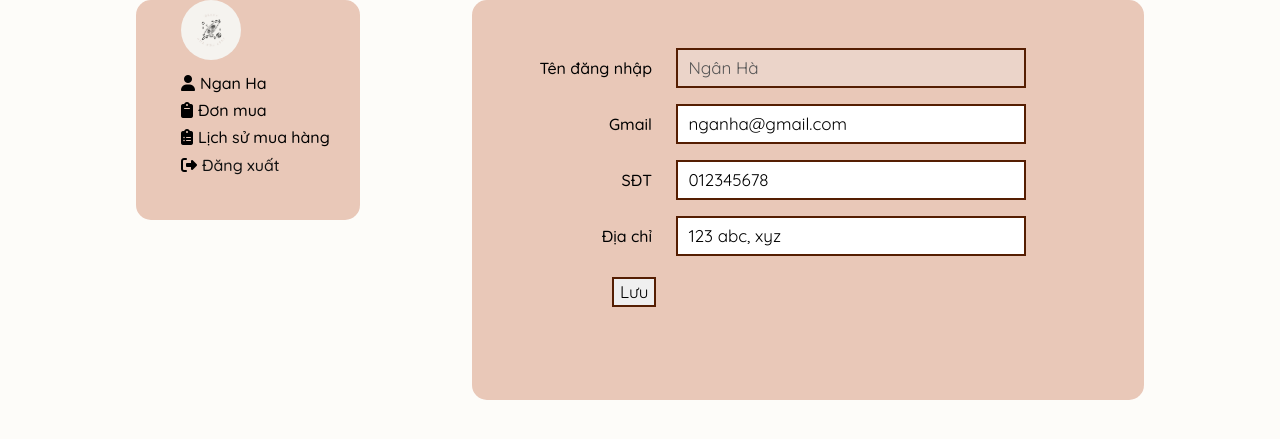
Repository: nganha241/store
Page: profile.html
An editor plug-in stored every save of this project. The page is shown before and after the next save, followed by the edit.
The browser window is 1280 px wide. The pictures show the whole page.
Some web libraries are served in a nearby version.

Above is the page before, as saved 2022-04-22 15:35:50.

### profile.html
<!DOCTYPE html>
<html lang="en">
  <head>
    <meta charset="UTF-8" />
    <meta http-equiv="X-UA-Compatible" content="IE=edge" />
    <meta name="viewport" content="width=device-width, initial-scale=1.0" />
    <title>Document</title>
    <link rel="stylesheet" href="style.css" />
  </head>

  <body>
    <div class="container">
      <div class="profile">
        <div class="active">
          <div class="list">
            <div class="avatar"><img src="./img/logo.png" alt="" /></div>
            <div class="name">
              <i class="fa fa-user" aria-hidden="true"></i>Ngan Ha
            </div>

            <div class="order"><i class="fas fa-clipboard"></i>Đơn mua</div>

            <div><i class="fas fa-clipboard-list"></i>Lịch sử mua hàng</div>

            <div>
              <i class="fas fa-sign-out-alt"></i><a href="#">Đăng xuất</a>
            </div>
          </div>
        </div>

        <div class="my-profile">
          <div class="list-detail">
            <div class="name">
              <form>
                <div>
                  <label>Tên đăng nhập</label>
                  <input type="text" value="Ngân Hà" disabled />
                </div>
                <div>
                  <label>Gmail</label>
                  <input type="text" value="nganha@gmail.com" />
                </div>
                <div>
                  <label>SĐT</label>
                  <input type="text" value="012345678" />
                </div>
                <div>
                  <label>Địa chỉ</label>
                  <input type="text" value="123 abc, xyz" />
                </div>
                <button>Lưu</button>
              </form>
            </div>
          </div>
        </div>
      </div>
    </div>
    <script
      src="https://kit.fontawesome.com/ae971d7ee0.js"
      crossorigin="anonymous"
    ></script>
  </body>
</html>

### style.css
@import url('https://fonts.googleapis.com/css2?family=Quicksand:wght@300;400;500;600;700&family=Space+Grotesk:wght@300;400&display=swap');

* {
    font-family: 'Quicksand', sans-serif;
    box-sizing: border-box;
}

body {
    background: #fdfcf9;
    position: relative;
    height: auto;
    padding: 0;
    margin: 0;
}

a {
    text-decoration: none;
}

li {
    list-style: none;
}

.header {
    padding: 40px 80px;
}

.header .tools {
    display: flex;
    justify-content: flex-end;
    gap: 15px;
    height: 50px;
}

.header .tools .notification,
.header .tools .account,
.header .tools .cart {
    cursor: pointer;
}

.header .tools .fa-solid {
    font-size: 22px;
    color: #ae582d;
}

.header .tools .cart {
    position: relative;
}

.header .tools .cart .cart-info {
    position: absolute;
    background: #af7355;
    right: -20px;
    top: 30px;
    z-index: 1;
    padding: 20px;
    color: #fff;
    display: none;
    border-radius: 15px;
    animation: dropdown 0.4s ease;
}

.header .tools .cart:hover .cart-info {
    display: block;
}

.header .tools .cart .cart-info .cart-card {
    width: 400px;
    height: 50px;
    margin-top: 10px;
    display: flex;
    justify-content: space-between;
    transition: 0.4s;
}

.header .tools .cart .cart-info .cart-card:hover {
    background:rgba(255, 255, 255, 0.4);
    transition: 0.4s;
}

.header .tools .cart .cart-info .cart-card .cart-card-img img {
    width: 100%;
    height: 100%;
    object-fit: cover;
}

.header .tools .cart .cart-info .cart-card .cart-pro-name {
    text-overflow: ellipsis;
    white-space: nowrap;
    overflow: hidden;
   width: 250px;
}

.header .tools .cart .cart-info .cart-card-footer {
    display: flex;
    justify-content: space-between;
    margin-top: 10px;
}

.header .tools .cart .cart-info .cart-card-footer>p {
    cursor: auto;
}

.header .tools .cart .cart-info .cart-card-footer>button {
    margin-top: 5px;
    height: 35px;
    border-radius: 5px;
    border: 0;
    font-size: 16px;
    font-weight: 500;
    cursor: pointer;
    transition: 0.4s;
}

.header .tools .cart .cart-info .cart-card-footer>button:hover {
    background: rgba(255, 255, 255, 0.7);
}

.header .tools .account span .fa-solid{
    font-size: 18px;
    color: #111;
    margin-left: 10px;
    margin-right: 15px;
}

.header .tools .account:hover .fa-solid{
    color: #ae582d;
}

.header .tools .account {
    position: relative;
}

.header .tools .account span {
    font-weight: 600;
}

.header .tools .account .acc-info {
    width: 180px;
    position: absolute;
    height: auto;
    background: #af7355;
    text-align: left;
    top: 15px;
    left: -30px;
    display: none;
    animation: dropdown 0.4s ease;
    z-index: 1;
    border-radius: 15px;
}

.header .tools .account:hover .acc-info{
    display: block;
}

.header .tools .account .acc-info li {
    padding: 10px 0;
    color: #fff;
    margin-left: -13px;
    transition: .4s;
}

.header .tools .account .acc-info li:hover {
    transform: scale(1.1);
}

.header hr {
    background: #48503c;
    margin-top: -20px;
}

.header nav {
    display: flex;
    width: 100%;
}

.header nav .logo {
    width: 50%;
    padding-top: 20px;
}

.header nav .logo a{
    font-family: 'Space Grotesk', sans-serif;
    font-size: 30px;
    color: #48503c;
    font-weight: 100;

}

.header nav .logo a:hover {
    color: #111;
}

.header nav .menu {
    display: flex;
    gap: 15px;
    padding-top: 7px;
    justify-content: flex-end;
    width: 50%;
}

.header nav .menu>li {
    float: left;
    font-size: 18px;
    position: relative;
    height: 50px;
}

.header nav .menu>li::before {
    content: "";
    position: absolute;
    width: 90%;
    height: 3px;
    top: 30px;
    right: -3px;
    background-color: #551e02;
    opacity: 0;
    transition: 0.6s;
}

.header nav .menu>li:hover::before{
    opacity: 1;
    transition: 0.6s;
}

.header nav .menu>li>a {
    color: #48503c;
    display: block;
    padding: 6px 0px 0px 15px;
}

.header nav .menu>li:hover>a {
    color: #111;
}

.header nav .menu>li .menu-child {
    margin-top: 10px;
    margin-left: -50px;
    width: 180px;
    padding-top: 10px;
    padding-bottom: 15px;
    background: #af7355;
    border-radius: 15px;
    text-align: left;
    position: absolute;
    display: none;
    animation: dropdown .3s ease;
    z-index: 1;
}

.header nav .menu>li:hover .menu-child{
    display: block;
}

.header nav .menu>li .menu-child>li {
    margin-top: 10px;
}

.header nav .menu>li .menu-child>li>a {
    transition: 0.4s;
    color: #fff;
}

.header nav .menu>li .menu-child>li:hover>a{
    display: inline;
    text-decoration: underline;
    transition: 0.4s;
}

@keyframes dropdown {
    0% {
        opacity: 0;
        transform: translateY(18px);
    }
    100% {
        opacity: 1;
        transform: none;
    }
}

.header .banner {
    width: 100%;
    height: 600px;
    display: flex;
    align-items: center;
    margin-top: 30px;
    position: relative;
}

.header .banner .slogan {
    width: 50%;
    padding-left: 60px;
    padding-right: 20px;
}

.header .banner .slogan h4 {
    color: #ae582d;
    font-family: 'Space Grotesk', sans-serif;
    font-size: 60px;
    font-weight: 200;
}

.header .banner .slogan p {
    font-size: 20px;
    color: #515a54;
    margin-top: -50px;
}

.header .banner .img-banner{
    width: 50%;
    height: 100%;
}

.header .banner .img-banner img {
    width: 100%;
    height: 100%;
    object-fit: cover;
    border-top-left-radius: 100px;
    border-bottom-right-radius: 100px;
    transition: all 0.5s ease;
}

.section {
    height: auto;
    margin-top: 100px;
    padding: 0 80px;
}

.section .into-title {
    margin-top: 100px;
    text-align: center;
}

.section .into-title h1 {
    font-family: 'Space Grotesk', sans-serif;
    font-size: 50px;
}

.section .intro {
    display: flex;
    flex-wrap: wrap;
    justify-content: space-between;
    margin-bottom: 100px;
    margin-top: 80px;
    gap: 10px;
}

.section .intro .intro-card .intro-img {
    width: 200px;
    height: 200px;
}

.section .intro .intro-card .intro-img img {
    width: 100%;
    height: 100%;
    border-radius: 50%;
}

.section .title{
    height: auto;
    width: 200px;
    background: #f4e9c7;
    text-align: center;
    margin-bottom: -15px;
}

.section .title h2 a{
    font-size: 30px;
    color: #48503c;
    font-weight: 200;
}

.products {
    display: flex;
    flex-wrap: wrap;
    justify-content: space-between;
    row-gap: 30px;
    padding: 30px 10px;
    background: rgb(244, 239, 239);
}

.products .card {
    width: 250px;
    height: 400px;
    background: #fdfcf9;
    cursor: pointer;
    transition: 0.4s;
    position: relative;
}

.products .card:hover {
    transform: scale(1.1 , 1.1);
    background: rgba(255, 255, 255, 0.4);
}

.products .card .pro-img {
    height: 330px;
}

.products .card .pro-img img{
    width: 100%;
    height: 100%;
    object-fit: cover;
}

.products .card .pro-sale-tag {
    position: absolute;
    top: -10px;
    left: -5px;
    background: #ae582d;
    width: 70px;
    height: 35px;
    font-size: 25px;
    color: #fff;
    font-weight: 500;
}

.products .card .pro-sale-tag::before{
    content: "";
    width: 5px;
    height: 6px;
    background-color: #551e02;
    position: absolute;
    left: 0px;
    top: 34.5px;
    clip-path: polygon(0 0, 100% 0, 100% 100%);
}

.products .card .pro-new-tag {
    position: absolute;
    top: 0;
    right: 5px;
    background: #af7355;
    width: 50px;
    height: 40px;
    font-size: 20px;
    color: #fff;
    font-weight: 500;
    clip-path: polygon(0 75%, 0 0, 100% 0, 100% 75%, 50% 100%);
}

.products .card .pro-name {
    font-size: 18px;
    text-overflow: ellipsis;
    white-space: nowrap;
    overflow: hidden;
}

 .products .card .pro-price {
    font-size: 15px;
}

 .products .card .add-cart {
    margin-top: -220px;
}

.products .card .add-cart button{
    opacity: 0;
    height: 40px;
    background: #af7355;
    border: 0;
    cursor: pointer;
    transition: 0.4s;
    color: #fff;
    margin-left: 85px;
}

.products .card:hover .add-cart button {
    transition: 0.4s;
    opacity: 1;
}

.products .card .add-cart button:hover {
    transform: scale(1.1);
    background: #ae582d;
}

.about-us {
    margin-top: 100px;
}

.about-img {
    height: 400px;
}

.about-img img{
    width: 100%;
    height: 100%;
    object-fit: cover;
}

.about-us .about-text {
    padding: 40px 140px;
    text-align: center;
    color: #515a54;
}

.about-us .about-text h5 {
    font-size: 20px;
    font-weight: 500;
}

.about-us .about-text p {
    line-height: 1.6;
    font-size: 15px;
}

.section .featured {
    height: auto;
    margin-top: 100px;
    position: relative;
}

.section .featured .list-slider {
    background: rgb(244, 239, 239);
}

.section .featured .list-slider .slide {
    display: none;
}

.section .featured .list-slider .slide.show {
    display: block;
    transition: 0.4s;
}

.section .featured .list-slider .slide .fade {
    height: 400px;
    display: flex;
    /* gap: 30px; */
    justify-content: space-between;

}

.section .featured .list-slider .slide .fade .featured-img {
    width: 60%;
}

.section .featured .list-slider .slide .fade .featured-img img{
    height: 100%;
    width: 100%;
    object-fit: cover;
    transition: 0.5s;
}

.section .featured .list-slider .slide:hover .fade .featured-img img{
    transform: translate(0, -42px);
}

.section .featured .list-slider .slide .fade .featured-more {
    text-align: center;
    padding-top: 150px;
    line-height: 1.8;
}

.section .featured .list-slider .slide .fade .featured-more .featured-name {
    font-size: 25px;
    text-overflow: ellipsis;
    white-space: nowrap;
    overflow: hidden;
    width:250px;
    transition: 0.4s;
}

.section .featured .list-slider .slide .fade .featured-more .featured-price {
    font-size: 18px;

}

.section .featured .list-slider .slide .fade .featured-more .featured-sold {
    font-size: 18px;
}

.section .featured .list-slider .slide .fade .featured-more .featured-sold span {
    margin-left: 10px;
}

.section .featured .list-slider .slide .fade .featured-choose {
    height: 400px;
    width: 60px;
    background: #ae582d;
    opacity: 0;
    transition: 0.4s;
    writing-mode: vertical-rl;
    text-orientation: mixed;
    text-align: center;
    font-size: 30px;
    color: #fff;
    cursor: pointer;
    padding-right: 10px;
}

.section .featured .list-slider .slide .fade:hover .featured-choose {
    opacity: 1;
    transition: 0.6s;
}

.section .featured .list-slider .slide .fade .featured-choose .fas {
    transition: 0.6s;
}

.section .featured .list-slider .slide .fade .featured-choose:hover .fas {
    margin-top: 20px;
    transform: scale(1.5 , 1.5);
    transition: 0.4s;
}

.section .featured .featured-button {
    position: absolute;
    top: 50%;
    font-size: 60px;
    color: #515a54;
    cursor: pointer;
    transition: 0.4s;
}

.section .featured .featured-button.pre {
    left: -40px;
    transition: 0.4s;
}

.section .featured .featured-button.next {
    right: -40px;
    transition: 0.4s;
}

.section .featured .featured-button.pre:hover,
.section .featured .featured-button.next:hover {
    color: #ae582d;
    transform: scale(1.2);

}

.section .sale {
    margin-top: 100px;
}

.section .sale-banner {
    display: flex;
    justify-content: space-between;
    height: 350px;
    gap: 10px;
}

.section .sale .sale-banner .sale-img {
    width: 50%;
}

.section .sale .sale-banner .sale-img img{
    width: 100%;
    height: 100%;
    object-fit: cover;
}

.detail .related-products,
.section .sale .sale-products {
    position: relative;
    transition: 0.4s;
}

.detail .related-products .related-control,
.section .sale .sale-products .sale-control {
    position: absolute;
    top: 50%;
    transform: translateY(-20px);
    font-size: 40px;
    color: #ae582d;
    cursor: pointer;
}


.detail .related-products .related-control.related-pre,
.section .sale .sale-products .sale-control.sale-pre {
    left: 16px;
    z-index: 1;
}


.detail .related-products .related-control.related-next,
.section .sale .sale-products .sale-control.sale-next {
    right: 10px;
}


.detail .related-products .related-card,
.section .sale .sale-products .sale-card{
    display: flex;
    justify-content: space-between;
    align-items: center;
    gap: 10px;
    height: 400px;
    overflow: hidden;
    padding-left: 10px;
}

.detail .related-products .related-card .related-box,
.section .sale .sale-products .sale-card .sale-box{
    width: 210px;
    height: 280px;
    position: relative;
    transition: 0.4s;
    cursor: pointer;
}

.detail .related-products .related-card .related-box .tag-sale,
.section .sale .sale-products .sale-card .sale-box .tag-sale {
    background: #ae582d;
    position: absolute;
    top: -10px;
    width: 60px;
    height: 30px;
    left: -5px;
    text-align: center;
}

.detail .related-products .related-card .related-box .tag-sale p,
.section .sale .sale-products .sale-card .sale-box .tag-sale p {
    display: inline;
    font-size: 20px;
    color: #fff;
    font-weight: 600;
}

.detail .related-products .related-card .related-box .tag-sale::before,
.section .sale .sale-products .sale-card .sale-box .tag-sale::before {
    content: '';
    background-color: #551e02;
    display: inline-block;
    width: 5px;
    height: 5px;
    position: absolute;
    bottom: -5px;
    right: 55px;
    clip-path: polygon(0 0, 100% 0, 100% 100%);
}

.detail .related-products .related-card .related-box img,
.section .sale .sale-products .sale-card .sale-box img {
    width: 100%;
    height: 100%;
    object-fit: cover;
}

.detail .related-products .related-card .related-box:hover,
.section .sale .sale-products .sale-card .sale-box:hover {
    transform: scale(0.9);
    color: #111;
}

.detail .related-products .related-card .related-box .related-name,
.section .sale .sale-products .sale-card .sale-box .sale-name {
    text-overflow: ellipsis;
    white-space: nowrap;
    overflow: hidden;
}

.detail .related-products .related-card .related-box .related-name a,
.section .sale .sale-products .sale-card .sale-box .sale-name a{
    color: #48503c;
    font-weight: 500;
}

.detail .related-products .related-card .related-box .related-price,
.section .sale .sale-products .sale-card .sale-box .sale-price {
    font-size: 14px;
    color: #48503c;
}

.footer {
    width: auto;
    font-weight: 500;
    background: rgb(244, 239, 239);
    margin-top: 100px;
    display: flex;
    justify-content: space-around;
    align-items: center;
}

.footer .infomation>ul>li {
    margin-bottom: 10px;
}

.footer .infomation>ul>li>span {
    margin-left: 10px;
}

.footer .menu-footer>ul>li {
    margin-bottom: 5px;
    transition: 0.4s;
}

.footer .menu-footer>ul>li>a {
    color: #111;
}

.footer .menu-footer>ul>li:hover {
    transform: scale(1.1);
    transition: 0.4s;
}

.footer .coppyright {
    padding-top: -200px;
}

.footer .support>input{
    border: 2px solid #551e02;
    height: 30px;
}

.footer .support>button {
    border: 0;
    background: #ae582d;
    height: 30px;
    color: #fff;
    cursor: pointer;
    transition: .4s;
}

.footer .support>button:hover {
    transform: scale(1.1);
}


/* SHOP */
.container {
    padding: 0 80px;
}
.container .search {
    text-align: center;
    height: 40px;
    font-size: 18px;
    margin-top: -30px;
}

.container .search>input {
    width: 800px;
    height: 100%;
    border: 2px solid #551e02;
    padding: 0 10px;
}

.container .search>input:focus {
    outline: none;
}

.container .search>button {
    height: 100%;
    width: 60px;
    margin-left: -6px;
    background: #551e02;
    border: 0;
}

.container .search>button .fa {
    color: #fff;
}

.container .shop-content {
    margin-top: 50px;
    display: flex;
    width: 100%;
}

.container .shop-content .filter {
    width: 65%;
}

.container .shop-content .filter h5{
    font-size: 17px;
}

.container .shop-content .filter ul {
    margin-left: -30px;
    margin-top: -10px;
}

.container .shop-content .filter ul li {
    margin-top: 10px;
}

.container .shop-content .shop-products .products {
    background: #fdfcf9;
}

.container .shop-content .shop-products .products .card {
    height: 280px;
    width: 200px;
    background: rgb(243, 241, 241);
}

.container .shop-content .shop-products .products .card .pro-img {
    height: 230px;
}

.container .detail .detail-product {
    display: flex;
}

.container .detail .detail-product .detail-img {
    width: 400px;
}

.container .detail .detail-product .detail-img .img-main{
    height: 500px;
    position: relative;
}

.container .detail .detail-product .detail-img .img-main img {
    width: 100%;
    height: 100%;
    object-fit: cover;
}

.container .detail .detail-product .detail-img .img-child {
    margin-top: 10px;
    height: 80px;
    display: flex;
    gap: 10px;
    cursor: pointer;
    overflow: hidden;
}

.container .detail .detail-product .detail-img .img-child  img {
    width: calc(400px / 5);
    height: 100%;
    object-fit: cover;
}

.container .detail .detail-product .detail-img .detail-img-slide {
    position: relative;
}

.container .detail .detail-product .detail-img .detail-img-slide .detail-control {
    position: absolute;
    top: 40%;
    font-size: 20px;
    color: #ae582d;
    transition: 0.2s;
}

.container .detail .detail-product .detail-img .detail-img-slide .detail-control:hover {
    transform: scale(1.1);
}

.container .detail .detail-product .detail-img .detail-img-slide .detail-control.detail-next {
    right: 0;
}

.container .detail .detail-product .detail-info {
    margin-left: 50px;
    font-weight: 500;
}

.container .detail .detail-product .detail-info>ul>li {
    margin-bottom: 20px;
}

 .detail .detail-product .detail-info .detail-name {
    font-size: 40px;
}


.detail .detail-info .detail-price {
    font-size: 45px;
    color: #551e02;
}

.detail .detail-info .detail-color button,
.detail .detail-info .detail-size button{
    height: 30px;
    background: none;
    border: 1px solid #ccc;
    cursor: pointer;
    line-height: 1.4;
}

.detail .detail-info .detail-color button.active,
.detail .detail-info .detail-size button.active {
    border:  1px solid #ae582d;
    background: #f4e9c7;
}

.detail .detail-info .detail-color button:hover,
.detail .detail-info .detail-size button:hover {
    border: 1px solid #ae582d;
}

.detail .detail-info .detail-color button:nth-child(1),
.detail .detail-info .detail-size button:nth-child(1) {
    margin-left: 20px;
}

 .detail .detail-product .detail-info .detail-quantity {
    display: flex;
    align-items: center;
}

.detail .detail-product .detail-info .detail-quantity .quantity-pre {
    margin-left: 20px;
}

 .detail .detail-product .detail-info .detail-quantity .quantity-pre,
.detail .detail-product .detail-info .detail-quantity .quantity,
 .detail .detail-product .detail-info .detail-quantity .quantity-next {
    width: 30px;
    height: 30px;
    border: 1px solid #ccc;
    text-align: center;
    cursor: pointer;
}

 .detail .detail-product .detail-info .detail-quantity .quantity {
    width: 50px;
    cursor: default;
}

.detail .detail-product .detail-info .ship .fas,
.detail .detail-product .detail-info .return .fas {
    color: #551e02;
    margin-right: 5px;
}

.detail .detail-product .detail-info .detail-choose button{
    height: 40px;
    font-size: 18px;
    cursor: pointer;
}

.detail .detail-product .detail-info .detail-choose .detail-add {
    border: 1px solid #ae582d;
    background: #f4e9c7;
    color: #ae582d;
}

.detail .detail-product .detail-info .detail-choose .detail-add:hover {
    background: rgba(244, 218, 207, 0.8);
}

.detail .detail-product .detail-info .detail-choose .buy {
    background: rgba(161, 58, 7, 0.9);
    border: none;
    margin-left: 10px;
    color: #fff;
}

.detail .detail-product .detail-info .detail-choose .buy:hover {
    background: #ae582d;
}

.detail .detail-description {
    margin-top: 100px;
    margin-bottom: 50px;
    line-height: 1.8;
}

.detail h2 {
    margin-bottom: -30px;
}

.detail .pro-new-tag{
    position: absolute;
    top: 0;
    right: 5px;
    background: #af7355;
    width: 50px;
    height: 40px;
    font-size: 20px;
    color: #fff;
    font-weight: 500;
    clip-path: polygon(0 75%, 0 0, 100% 0, 100% 75%, 50% 100%);
}

.container .profile {
    display: flex;
    justify-content: space-around;
    font-weight: 500;
}

.container .profile .active ul {
    line-height: 1.8;
}

.container .profile .active {
    width: 20%;
    background: rgba(231, 195, 178, 0.9);
    border-radius: 15px;
    cursor: pointer;
    height: 220px;
}

.container .profile .active .list {
    margin-left: 45px;
    line-height: 1.7;
}

.container .profile .active .list i {
    margin-right: 5px;
}
.container .profile .active ul>li>i {
    margin-right: 10px;
}

.container .profile .active a {
    color: #111;
}

.container .profile .active li:hover {
    color: #551e02;
}

.container .profile .active  .avatar {
    width: 60px;
    height: 60px;
    cursor: default;
    margin-bottom: 10px;
}

.container .profile .active  .avatar img {
    width: 100%;
    height: 100%;
    border-radius: 50%;
    object-fit: cover;
}

.container .profile .my-profile {
    width: 60%;
    height: 400px;
    background: rgba(231, 195, 178, 0.9);
    border-radius: 15px;
    position: relative;
}

.container .profile .my-profile .list-detail .name  form{
    line-height: 3.5;
    padding: 40px;
}

.container .profile .my-profile .list-detail .name label{
    display: inline-block;
    width: 140px;
    text-align: right;
    margin-right: 20px;
}

.container .profile .my-profile .list-detail .name input {
    width: 350px;
    height: 40px;
    border: 2px solid #551e02;
    font-size: 17px;
    padding: 0 10px;
}

.container .profile .my-profile .list-detail .name input:focus{
    outline: none;
}

.container .profile .my-profile .list-detail .name  form button {
    margin-left: 100px;
    height: 30px;
    font-size: 17px;
    border: 2px solid #551e02;
}

After the next save:
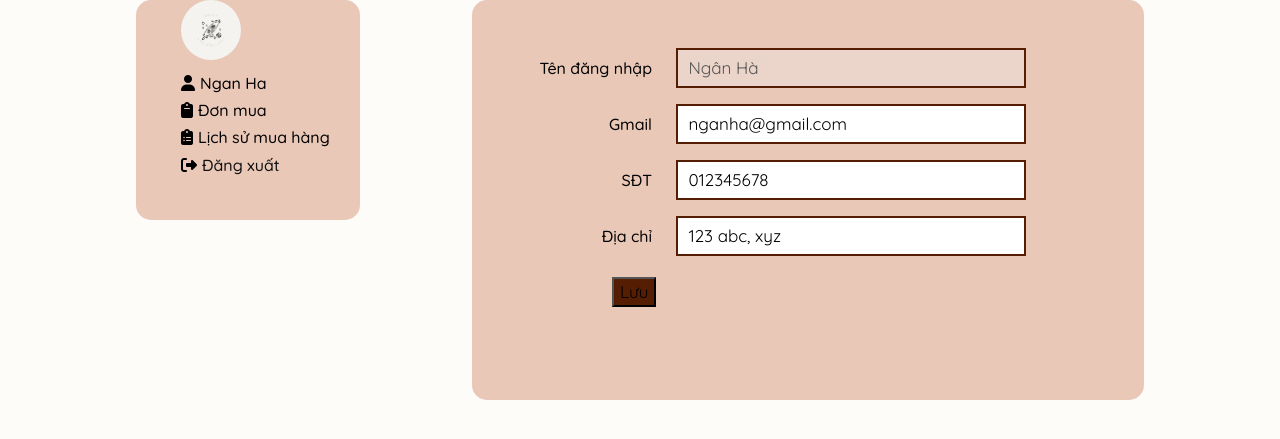
Saved 18 s later.
--- a/style.css
+++ b/style.css
@@ -1158,5 +1158,6 @@ li {
     margin-left: 100px;
     height: 30px;
     font-size: 17px;
-    border: 2px solid #551e02;
-}
+    background:  #551e02;
+    cursor: pointer;
+}
